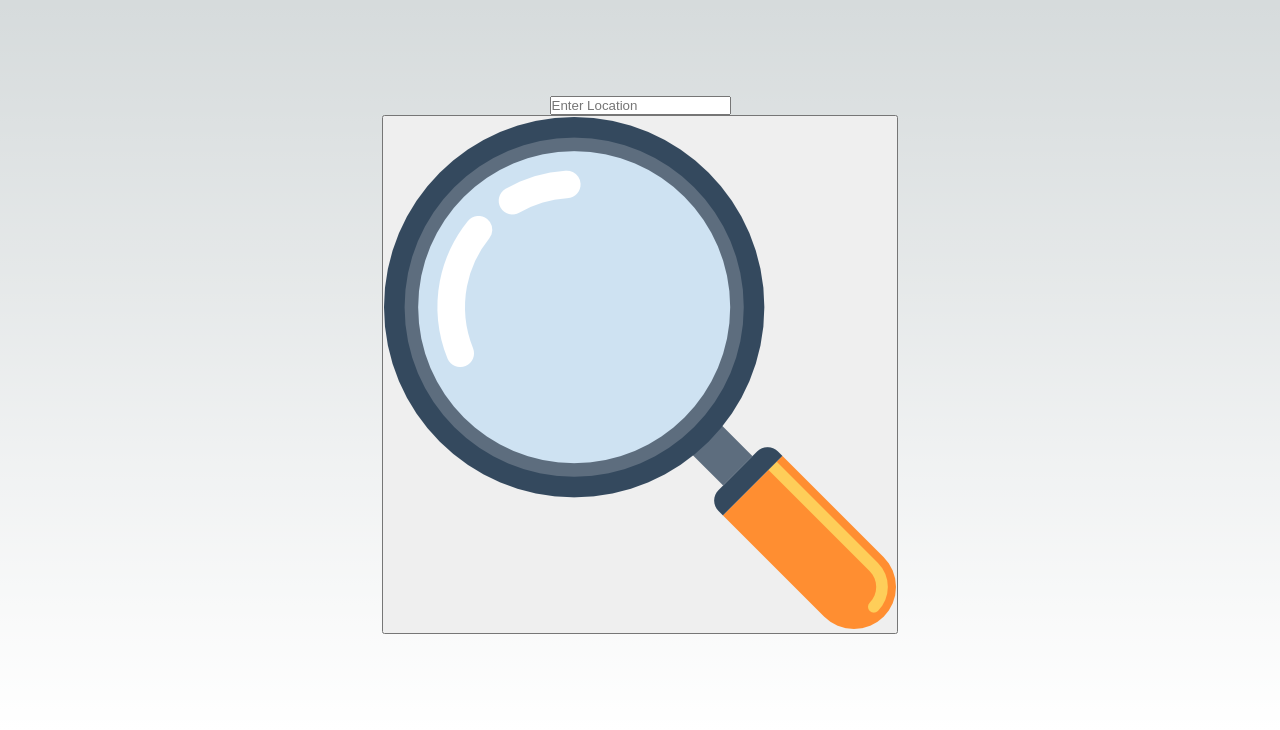
Repository: Heidingg/weather_app
Page: /
An editor plug-in stored every save of this project. The page is shown before and after the next save, followed by the edit.
The browser window is 1280 px wide. The pictures show the whole page.
The project was rebuilt for these pictures with package versions that can differ from the ones it lists, and the page was loaded fresh each time. The framework's server and built-in components were replaced by stand-ins that run in the browser. Also part of the build but not shown: next.config.js.

Above is the page before, as saved 2023-01-19 21:24:10.

After the next save:
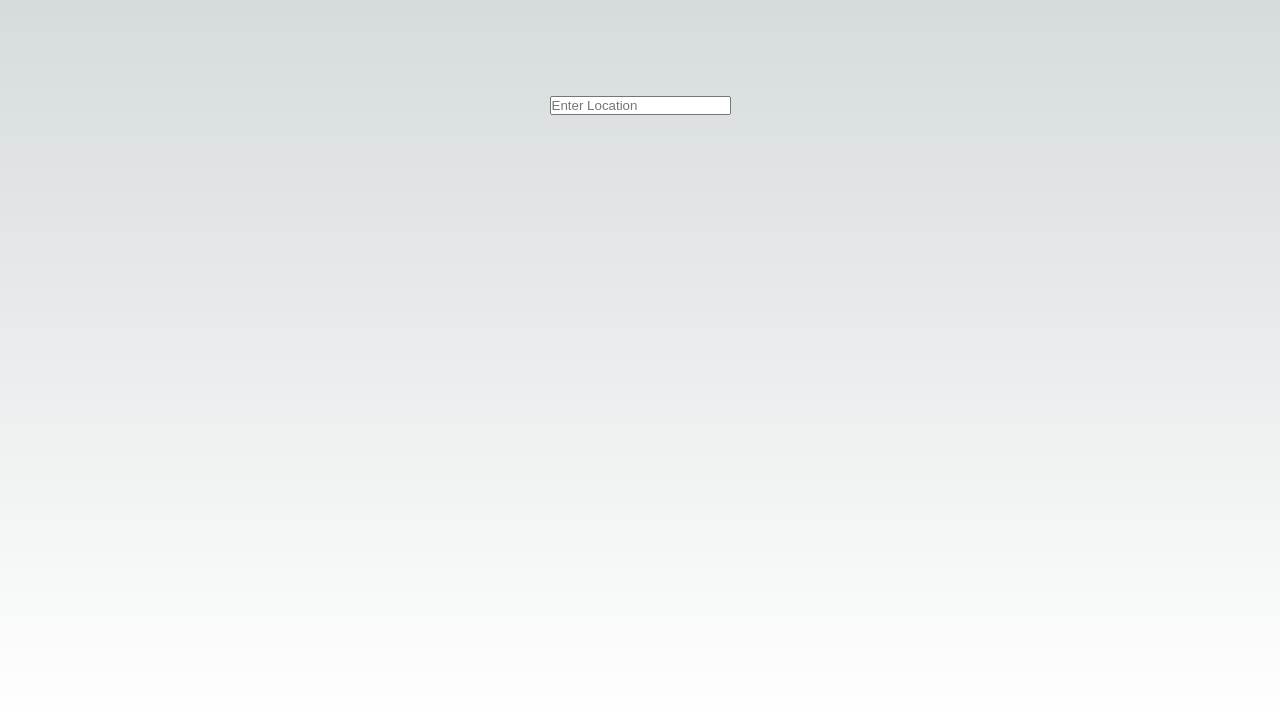
Saved 2 min 9 s later.
--- a/pages/index.js
+++ b/pages/index.js
@@ -45,23 +45,16 @@
         <meta name="description" content="Generated by create next app" />
         <link rel="icon" href="/cloudy.png" />
       </Head>
-     <div className="flex items-center justify between"></div>
+
       <main className={styles.main}>
         {data.name}
         <input
         value={location}
         onChange={event => setLocation(event.target.value)}
         placeholder="Enter Location"
-        className='text-x1 border-b'
         onKeyDown={searchLocation}
         type="text"
         />
-        <button>
-          <img
-          src="search.png"
-          className="w-8">
-          </img>
-        </button>
 
         {
           weather && weather.map((w,index)=>{
